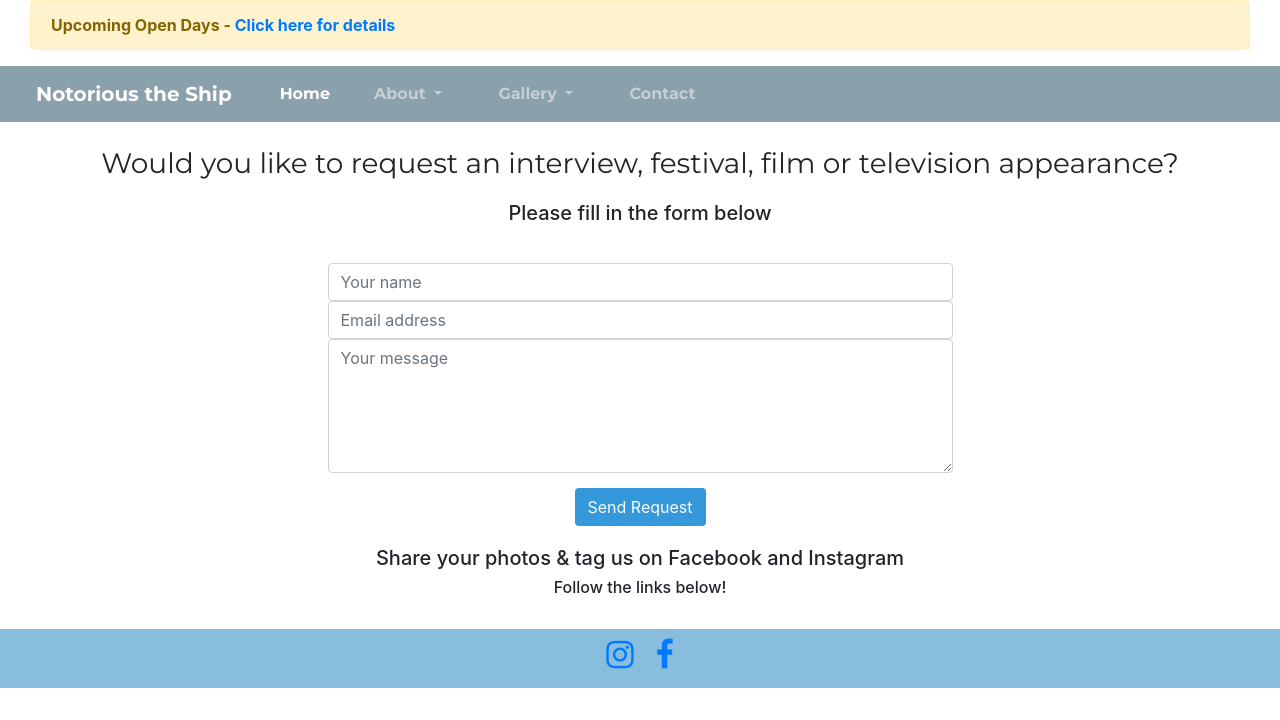
Repository: TSRose/NotorioustheShip
Page: contact.html
The author's editor kept a record of every edit. The page is drawn from the files as they stood at one moment, then again after the next edit.
The browser window is 1280 px wide. The pictures show the whole page.

Above is the page before.

After the next edit:
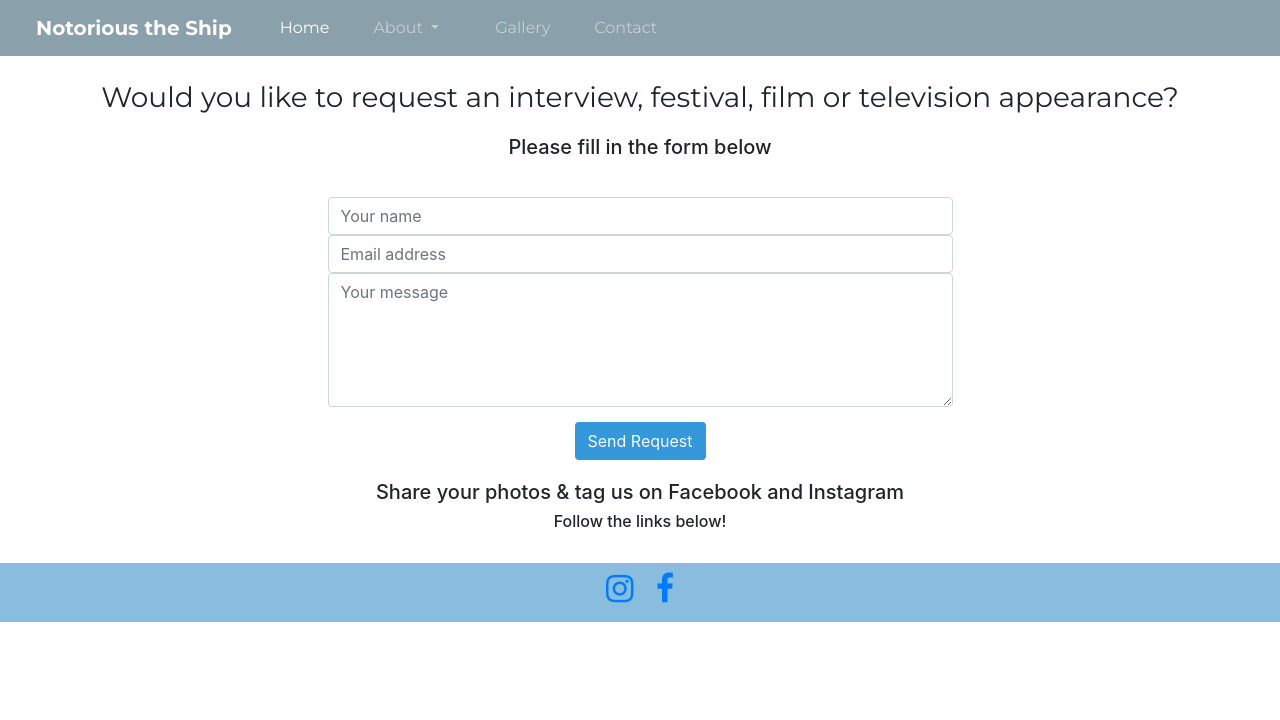
The edit:
--- a/contact.html
+++ b/contact.html
@@ -13,17 +13,6 @@
 </head>
 
 <body>
-    <div class="container-fluid navalert-container">
-        <div class="container-fluid alert-container">
-            <div class="row d-none d-sm-block">
-                <div class="col-12">
-                    <div class="site-wide-alert alert alert-warning">
-                        <strong>Upcoming Open Days - <a class="site-alert-link" href="open.html/">Click here for details</a>
-                    </div>
-                </div>
-            </div>
-        </div>
-    </div>
     <nav class="navbar navbar-dark navbar-expand-sm">
         <a href="index.html" class="navbar-brand">Notorious the Ship</a>
         <button class="navbar-toggler ml-auto" type="button" data-toggle="collapse" data-target="#navbarNavDropdown" aria-controls="navbarNavDropdown" aria-expanded="false" aria-label="Toggle navigation">
@@ -36,21 +25,10 @@
             About
           </a>
                     <div class="dropdown-menu" aria-labelledby="navbarDropdownMenuLink">
-                        <a class="dropdown-item" href="#">About Notorious</a>
-                        <a class="dropdown-item" href="#">Who built her?</a>
-                        <a class="dropdown-item" href="#">A brief history of caravels</a>
-
-                </li>
-                <li class="nav-item dropdown">
-                    <a class="nav-link dropdown-toggle" href="gallery.html" id="navbarDropdownMenuLink" role="button" data-toggle="dropdown" aria-haspopup="true" aria-expanded="false">
-            Gallery
-          </a>
-                    <div class="dropdown-menu" aria-labelledby="navbarDropdownMenuLink">
-                        <a class="dropdown-item" href="#">Sailing</a>
-                        <a class="dropdown-item" href="#">Construction & Launch</a>
-                        <a class="dropdown-item" href="#">Video</a>
-                    </div>
-                </li>
+                        <a class="dropdown-item" href="/theship">About Notorious</a>
+                        <a class="dropdown-item" href="/thebuilder">The Shipbuilder</a>
+                        <a class="dropdown-item" href="/thehistory">A brief history of caravels</a></li>
+                <li class=" nav-item mr-2"><a class="nav-link" href="gallery.html">Gallery</a></li>
                 <li class=" nav-item mr-2"><a class="nav-link" href="contact.html">Contact</a></li>
             </ul>
             </div>
